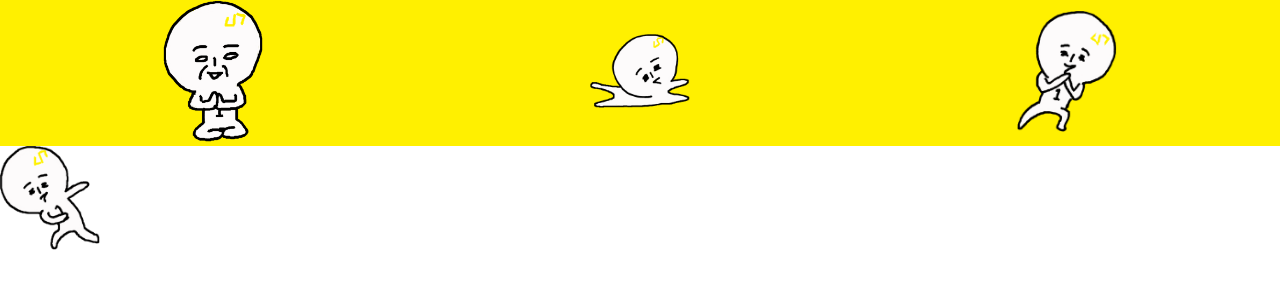
Repository: ggandory/interactiveweb
Page: Interactive_section4-js-start/index.html
The author's editor kept a copy of each file at every save. The page is drawn from the files as they stood at one save, then again after the next save.
The browser window is 1280 px wide. The pictures show the whole page.

Above is the page before, as saved 2024-10-07 17:51:41.
Console error: TypeError: Failed to execute 'appendChild' on 'Node': parameter 1 is not of type 'Node'.

### Interactive_section4-js-start/index.html
<!DOCTYPE html>
<html>

<head>
    <meta charset="UTF-8">
    <meta name="viewport" content="width=device-width, initial-scale=1.0">
    <meta http-equiv="X-UA-Compatible" content="ie=edge">
    <title>Interactive Web</title>
    <link rel="stylesheet" href="css/reset.css">
    <style>
        img {
            max-width: 100%;
            height: auto;
        }

        .characters {
            display: flex;
            align-items: center;
            justify-content: space-around;
            background: #fff000;
        }

        .ilbuni {
            width: 100px;
            cursor: pointer;
        }

        .characters .ilbuni {
            display: inline-block;
        }

        .special {
            border: 10px dashed red;
        }
    </style>
</head>

<body>
    <div class="characters">
        <div class="ilbuni a">
            <img src="images/ilbuni_0.png" alt="일분이">
        </div>
        <div class="ilbuni b">
            <img src="images/ilbuni_1.png" alt="일분이">
        </div>
        <div class="ilbuni c">
            <img src="images/ilbuni_2.png" alt="일분이">
        </div>
    </div>
    <div class="ilbuni d">
        <img src="images/ilbuni_3.png" alt="일분이">
    </div>

    <script>
        const ilbuni = document.querySelector('.a');
        console.log(ilbuni);
        const ilbuniGroup = document.querySelectorAll('.ilbuni');
        console.log(ilbuniGroup[2]);
        const char = document.querySelector('.characters');
        char.setAttribute('data-id', 123);
        char.getAttribute('data-id');
        char.dataset.id = 777;
        console.log(char.dataset);
        const ptag = document.createElement('p');
        ptag.innerText = '<a href="#">안녕</a>'
        /*
        innerText로 처리하면 진짜 말그대로 문자로 들어가버림
        근데
        innerHTML로 처리하면 a태그나 다양한 시멘틱 태그 넣을 수 있음
        */
        char.appendChild('ptag');
    </script>
</body>

</html>

Loaded but not shown: Interactive_section4-js-start/css/reset.css (common file)

After the next save:
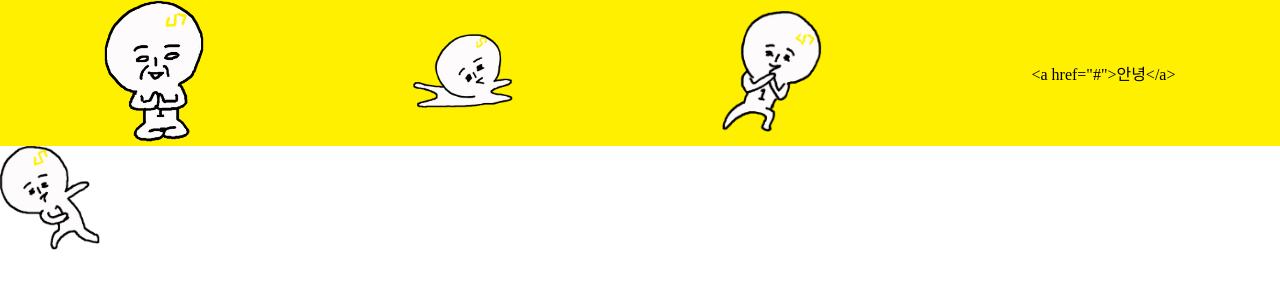
The error is gone.
Saved 13 s later.
--- a/Interactive_section4-js-start/index.html
+++ b/Interactive_section4-js-start/index.html
@@ -68,7 +68,7 @@
         근데
         innerHTML로 처리하면 a태그나 다양한 시멘틱 태그 넣을 수 있음
         */
-        char.appendChild('ptag');
+        char.appendChild(ptag);
     </script>
 </body>
 
